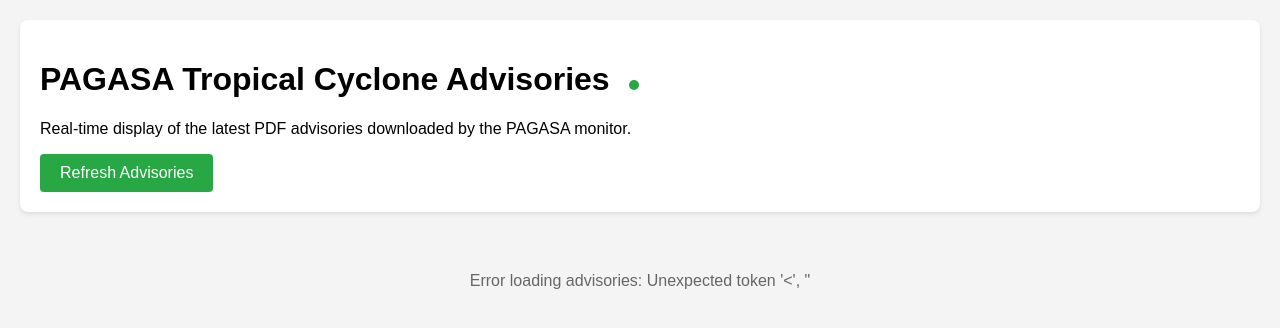
Repository: JetSpy-404/Heat-Mapping-For-Disaster-Risk-Prone-Areas
Page: pdf_viewer.html
An editor plug-in stored every save of this project. The page is shown before and after the next save, followed by the edit.
The browser window is 1280 px wide. The pictures show the whole page.
Some web libraries are served in a nearby version.

Above is the page before, as saved 2025-11-08 16:50:43.

### pdf_viewer.html
<!DOCTYPE html>
<html lang="en">
<head>
    <meta charset="UTF-8">
    <meta name="viewport" content="width=device-width, initial-scale=1.0">
    <title>PAGASA Advisories Viewer</title>
    <style>
        body {
            font-family: Arial, sans-serif;
            margin: 20px;
            background-color: #f4f4f4;
        }
        .header {
            background-color: white;
            padding: 20px;
            border-radius: 8px;
            box-shadow: 0 2px 4px rgba(0,0,0,0.1);
            margin-bottom: 20px;
        }
        .pdf-container {
            margin-bottom: 20px;
            padding: 15px;
            background-color: white;
            border-radius: 8px;
            box-shadow: 0 2px 4px rgba(0,0,0,0.1);
        }
        .pdf-title {
            font-size: 18px;
            font-weight: bold;
            margin-bottom: 10px;
            color: #333;
            display: flex;
            justify-content: space-between;
            align-items: center;
        }
        .pdf-meta {
            font-size: 12px;
            color: #666;
            margin-bottom: 10px;
        }
        iframe {
            width: 100%;
            height: 600px;
            border: 1px solid #ddd;
            border-radius: 4px;
        }
        .download-link {
            display: inline-block;
            margin-top: 10px;
            padding: 8px 16px;
            background-color: #007bff;
            color: white;
            text-decoration: none;
            border-radius: 4px;
        }
        .download-link:hover {
            background-color: #0056b3;
        }
        .refresh-btn {
            background-color: #28a745;
            color: white;
            border: none;
            padding: 10px 20px;
            border-radius: 4px;
            cursor: pointer;
            font-size: 16px;
        }
        .refresh-btn:hover {
            background-color: #218838;
        }
        .loading {
            display: none;
            text-align: center;
            padding: 20px;
        }
        .no-pdfs {
            text-align: center;
            padding: 40px;
            color: #666;
        }
        .status-indicator {
            display: inline-block;
            width: 10px;
            height: 10px;
            border-radius: 50%;
            background-color: #28a745;
            margin-left: 10px;
        }
        .status-indicator.updating {
            background-color: #ffc107;
        }
    </style>
</head>
<body>
    <div class="header">
        <h1>PAGASA Tropical Cyclone Advisories <span class="status-indicator" id="status-indicator"></span></h1>
        <p>Real-time display of the latest PDF advisories downloaded by the PAGASA monitor.</p>
        <button class="refresh-btn" onclick="refreshPDFs()">Refresh Advisories</button>
        <div class="loading" id="loading">Loading advisories...</div>
    </div>

    <div id="pdfs-container">
        <!-- PDFs will be loaded here dynamically -->
    </div>

    <script>
        let lastUpdate = null;

        // Load PDFs on page load
        document.addEventListener('DOMContentLoaded', function() {
            loadPDFs();
            // Auto-refresh every 5 minutes
            setInterval(loadPDFs, 5 * 60 * 1000);
        });

        async function loadPDFs() {
            const loading = document.getElementById('loading');
            const statusIndicator = document.getElementById('status-indicator');
            const container = document.getElementById('pdfs-container');

            loading.style.display = 'block';
            statusIndicator.classList.add('updating');

            try {
                const response = await fetch('list_pdfs.php');
                if (!response.ok) {
                    throw new Error(`HTTP ${response.status}: ${response.statusText}`);
                }

                const pdfs = await response.json();
                console.log('Loaded PDFs:', pdfs);

                if (pdfs.error) {
                    throw new Error(pdfs.error);
                }

                // Always display PDFs for now (remove update check to force refresh)
                displayPDFs(pdfs);
                lastUpdate = pdfs.length > 0 ? pdfs[0].modified : null;

            } catch (error) {
                console.error('Error loading PDFs:', error);
                container.innerHTML = `<div class="no-pdfs">Error loading advisories: ${error.message}. Please check if PHP is running and try again.</div>`;
            } finally {
                loading.style.display = 'none';
                statusIndicator.classList.remove('updating');
            }
        }

        function displayPDFs(pdfs) {
            const container = document.getElementById('pdfs-container');

            if (pdfs.length === 0) {
                container.innerHTML = '<div class="no-pdfs">No PDF advisories found. The monitor may still be downloading files.</div>';
                return;
            }

            let html = '';
            pdfs.forEach(pdf => {
                const fileSizeMB = (pdf.size / (1024 * 1024)).toFixed(2);
                html += `
                    <div class="pdf-container">
                        <div class="pdf-title">
                            ${formatPDFTitle(pdf.filename)}
                            <span class="pdf-meta">Updated: ${pdf.modified} | Size: ${fileSizeMB} MB</span>
                        </div>
                        <iframe src="${pdf.path}" type="application/pdf"></iframe>
                        <a href="${pdf.path}" class="download-link" target="_blank">Download PDF</a>
                    </div>
                `;
            });

            container.innerHTML = html;
        }

        function formatPDFTitle(filename) {
            // Convert filename to readable title
            return filename
                .replace('.pdf', '')
                .replace(/_/g, ' ')
                .replace(/\b\w/g, l => l.toUpperCase());
        }

        function refreshPDFs() {
            loadPDFs();
        }

        // Manual refresh function exposed globally
        window.refreshPDFs = refreshPDFs;
    </script>
</body>
</html>

After the next save:
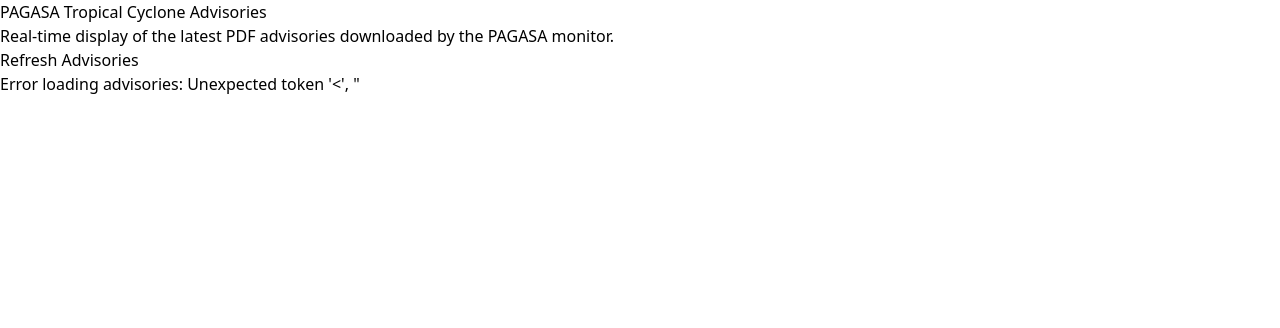
Saved 107 s later.
--- a/pdf_viewer.html
+++ b/pdf_viewer.html
@@ -4,92 +4,7 @@
     <meta charset="UTF-8">
     <meta name="viewport" content="width=device-width, initial-scale=1.0">
     <title>PAGASA Advisories Viewer</title>
-    <style>
-        body {
-            font-family: Arial, sans-serif;
-            margin: 20px;
-            background-color: #f4f4f4;
-        }
-        .header {
-            background-color: white;
-            padding: 20px;
-            border-radius: 8px;
-            box-shadow: 0 2px 4px rgba(0,0,0,0.1);
-            margin-bottom: 20px;
-        }
-        .pdf-container {
-            margin-bottom: 20px;
-            padding: 15px;
-            background-color: white;
-            border-radius: 8px;
-            box-shadow: 0 2px 4px rgba(0,0,0,0.1);
-        }
-        .pdf-title {
-            font-size: 18px;
-            font-weight: bold;
-            margin-bottom: 10px;
-            color: #333;
-            display: flex;
-            justify-content: space-between;
-            align-items: center;
-        }
-        .pdf-meta {
-            font-size: 12px;
-            color: #666;
-            margin-bottom: 10px;
-        }
-        iframe {
-            width: 100%;
-            height: 600px;
-            border: 1px solid #ddd;
-            border-radius: 4px;
-        }
-        .download-link {
-            display: inline-block;
-            margin-top: 10px;
-            padding: 8px 16px;
-            background-color: #007bff;
-            color: white;
-            text-decoration: none;
-            border-radius: 4px;
-        }
-        .download-link:hover {
-            background-color: #0056b3;
-        }
-        .refresh-btn {
-            background-color: #28a745;
-            color: white;
-            border: none;
-            padding: 10px 20px;
-            border-radius: 4px;
-            cursor: pointer;
-            font-size: 16px;
-        }
-        .refresh-btn:hover {
-            background-color: #218838;
-        }
-        .loading {
-            display: none;
-            text-align: center;
-            padding: 20px;
-        }
-        .no-pdfs {
-            text-align: center;
-            padding: 40px;
-            color: #666;
-        }
-        .status-indicator {
-            display: inline-block;
-            width: 10px;
-            height: 10px;
-            border-radius: 50%;
-            background-color: #28a745;
-            margin-left: 10px;
-        }
-        .status-indicator.updating {
-            background-color: #ffc107;
-        }
-    </style>
+    <script src="https://cdn.tailwindcss.com"></script>
 </head>
 <body>
     <div class="header">
